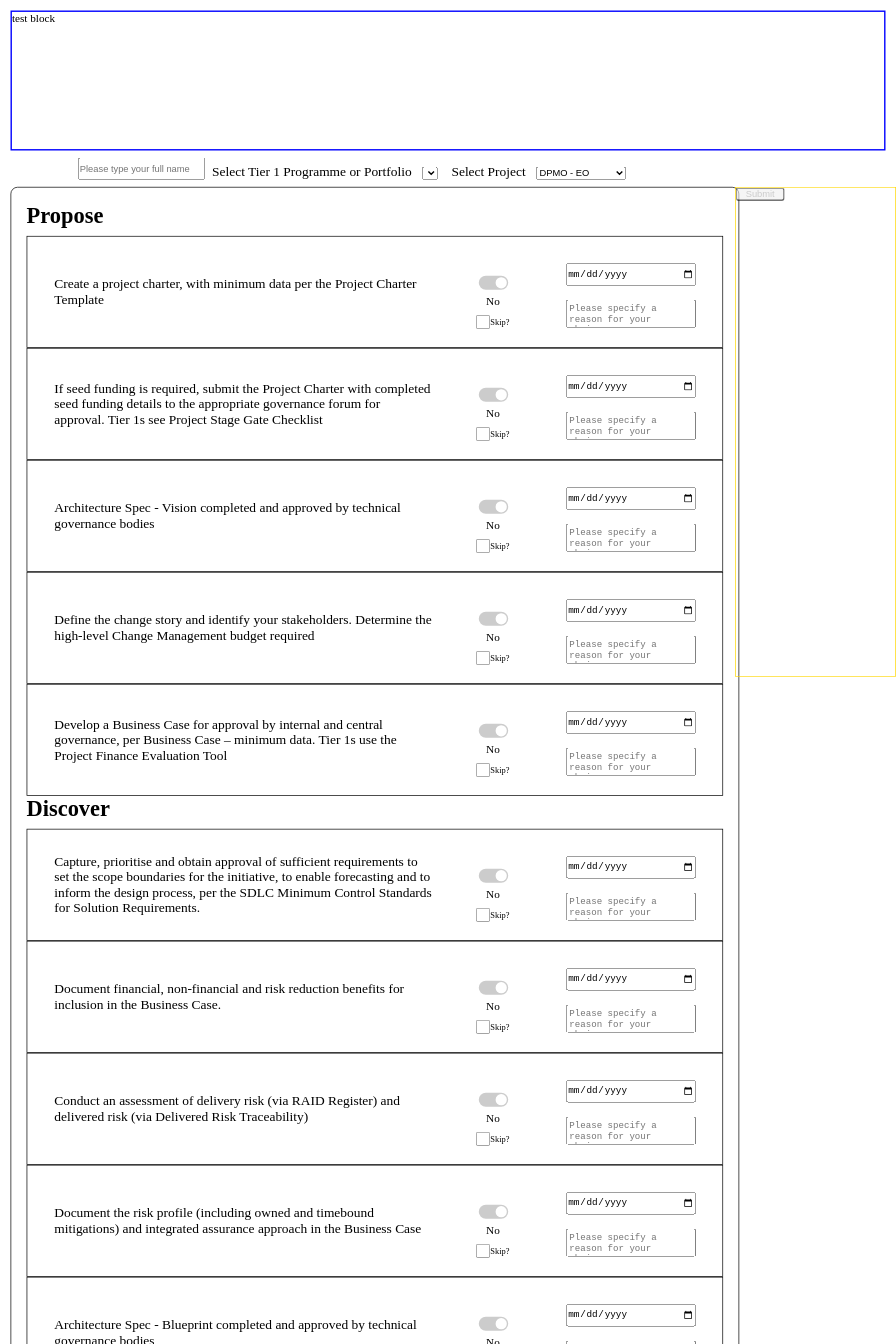
Repository: I-Alpha/JQuery-Html-form
Page: Project-form.html
The author's editor kept a copy of each file at every save. The page is drawn from the files as they stood at one save, then again after the next save.
The browser window is 1280 px wide. The pictures show the part of the page from y = 0 to 1920 px (the page is 8699 px tall), at 70% of full size.

Above is the page before, as saved 2020-10-27 00:48:47.

After the next save:
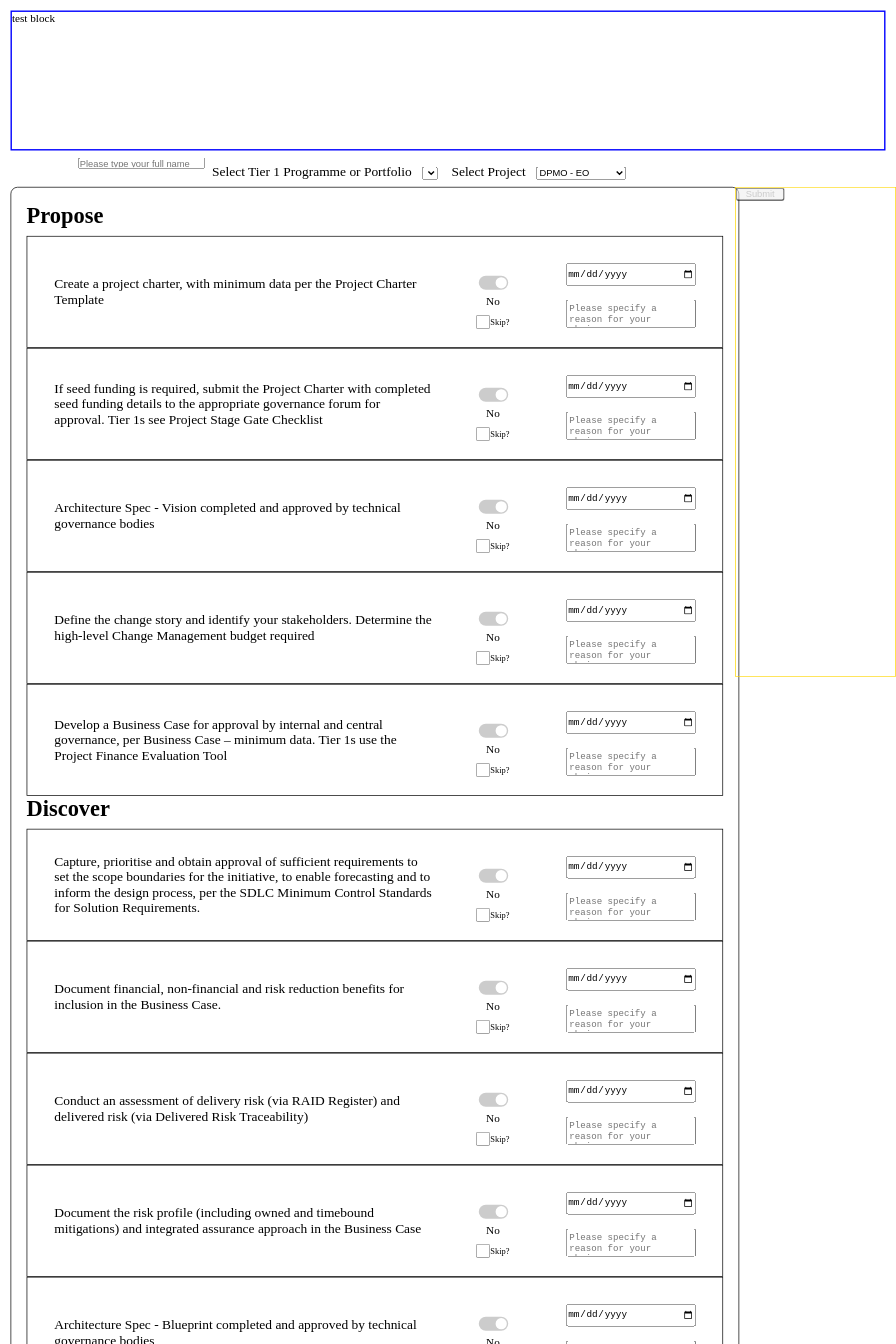
Saved 6 s later.
--- a/main.css
+++ b/main.css
@@ -345,7 +345,7 @@
 }
 
  #fullname{
-     height:2rem;
+     height:1rem;
  }
 
 #form1 {
